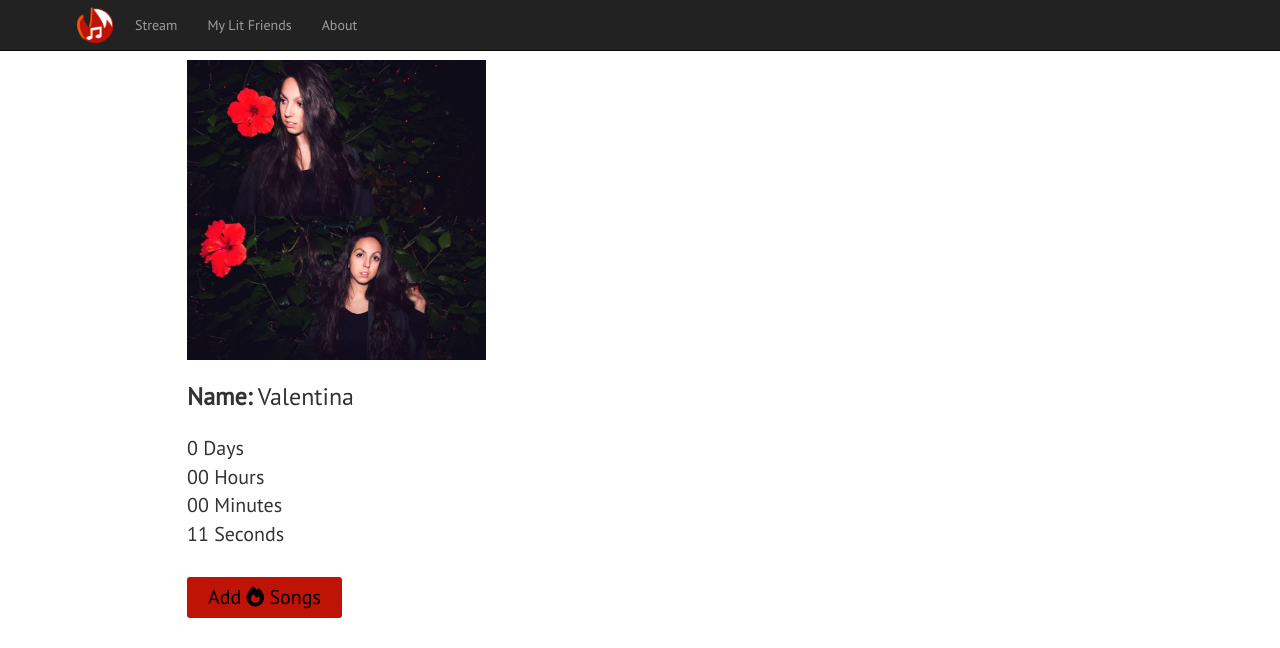
Repository: jaymccrey/wichacks2017
Page: edit-profile.html
The author's editor kept a record of every edit. The page is drawn from the files as they stood at one moment, then again after the next edit.
The browser window is 1280 px wide. The pictures show the part of the page from y = 0 to 648 px (the page is 1103 px tall).
Pictures or frames that could not be fetched are drawn as grey boxes. Some web libraries are served in a nearby version.

Above is the page before.

After the next edit:
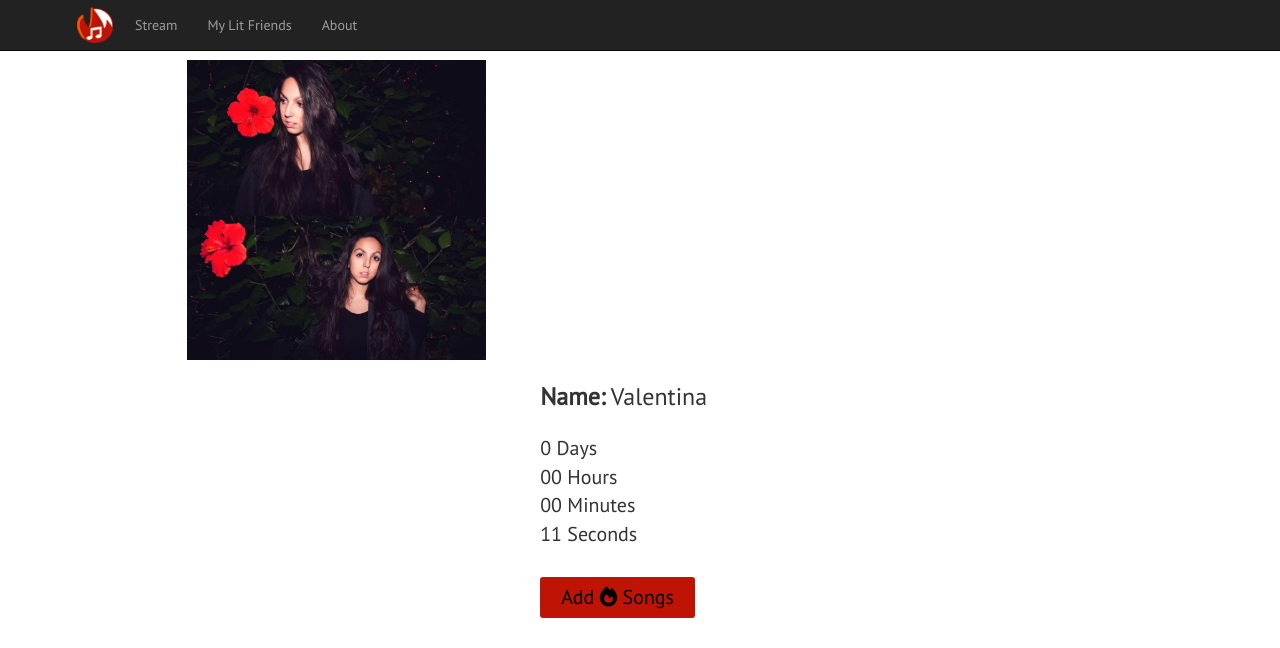
The edit:
--- a/css/profile.css
+++ b/css/profile.css
@@ -17,7 +17,7 @@
     width: 65%;
     display: inline-block;
     font-size: 24px;
-    float: rightss;
+    float: right;
 }
 
 .playlistContainer {
